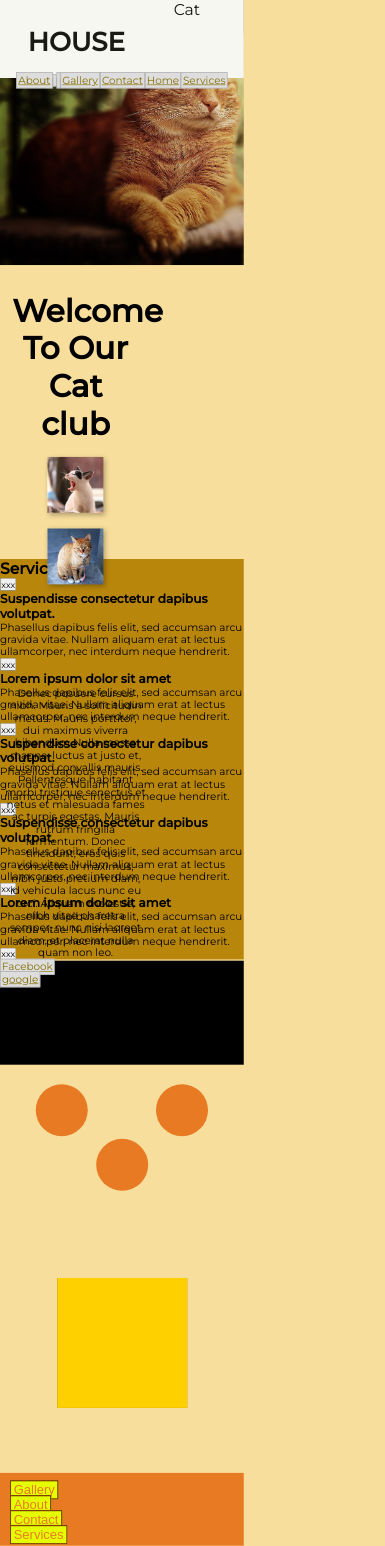
Repository: raul4264/final
Page: index.html
These files come from the project's save history. The page is drawn as it stood at one moment and after the next save; the edit follows.
The browser window is 375 px wide. The page is 592 px wide, so the pictures cover 592 px, including what lies to the right of the window. The pictures show the whole page, at 65% of full size.

Above is the page before, as saved 2021-03-25 12:51:11.

### index.html
<!DOCTYPE html>
<html lang="en">

<head>
    <meta charset="UTF-8" />
    <meta http-equiv="X-UA-Compatible" content="IE=edge" />
    <meta name="viewport" content="width=device-width, initial-scale=1.0" />
    <title>Cat House/Raul Novas</title>
    <link href="css/estilos.css" rel="stylesheet" type="text/css" />
</head>

<body>
    <div id="grilla">
        <header>
            <div class="banner">

                <nav id="nav">

                    <div class="item1">
                        <p>Cat</p>
                    </div>

                    <div class="item2">
                        <p>HOUSE</p>
                    </div>


                    <ul class="item3">
                        <li class=""><a href="about.html">About</li>
                        <li class=""><a href="Gallery.html">Gallery</a></li>
                        <li class=""><a href="Contact.html">Contact</a></li>
                        <li class=""><a href="index.html">Home</a></li>
                        <li class=""><a href="Services.html ">Services</a></li>
                    </ul>
                </nav>
            </div>

        </header>


        <main>
            <section class="welcome">

                <div class="cards">
                          <div id="container">
                    <h2>Welcome To Our Cat club</h2>
                    <div class="square square1"><img src="images/2.jpg" alt="Sample photo">  </div>
                    <div class="square square2"></div> <img src="images/3.jpg" alt="Sample photo">


                    <div class="square square3"> <div class="cards2 ">
                    <span>Donec posuere cursus nibh. Mauris a sollicitudin metus. Mauris porttitor, dui maximus viverra
                        bibendum</span>
                    <span>Nulla massa magna, luctus at justo et, euismod convallis mauris. Pellentesque habitant morbi tristique senectus et netus et malesuada fames ac turpis egestas. Mauris rutrum fringilla fermentum.
                </span>
                    <span>Donec tincidunt, eros quis consectetur maximus, nibh justo pretium diam, id vehicula lacus
                        nunc eu orci. Aliquam molestie, nibh vitae pharetra semper, nunc nisi laoreet diam, et placerat
                        nulla quam non leo.</span>
                </div> </div>

            </div>




                </div>
            </section>

            <section class="services">
                <h2>Services</h2>
                <div>
                    <button>xxx</button>
                    <h3>Suspendisse consectetur dapibus volutpat.</h3>
                    <p>
                        Phasellus dapibus felis elit, sed accumsan arcu gravida vitae. Nullam aliquam erat at lectus ullamcorper, nec interdum neque hendrerit.</p>
                </div>
                <div>
                    <button>xxx</button>
                    <h3>Lorem ipsum dolor sit amet</h3>
                    <p>Phasellus dapibus felis elit, sed accumsan arcu gravida vitae. Nullam aliquam erat at lectus ullamcorper, nec interdum neque hendrerit.</p>
                </div>
                <div>
                    <button>xxx</button>
                    <h3>Suspendisse consectetur dapibus volutpat.</h3>
                    <p>
                        Phasellus dapibus felis elit, sed accumsan arcu gravida vitae. Nullam aliquam erat at lectus ullamcorper, nec interdum neque hendrerit.</p>
                </div>
                <div>
                    <button>xxx</button>
                    <h3>Suspendisse consectetur dapibus volutpat.</h3>
                    <p>

                        Phasellus dapibus felis elit, sed accumsan arcu gravida vitae. Nullam aliquam erat at lectus ullamcorper, nec interdum neque hendrerit.
                    </p>
                </div>
                <div>
                    <button>xxx</button>
                    <h3>Lorem ipsum dolor sit amet
                    </h3>
                    <p>Phasellus dapibus felis elit, sed accumsan arcu gravida vitae. Nullam aliquam erat at lectus ullamcorper, nec interdum neque hendrerit.</p>
                </div>
                <div>
                    <button>xxx</button>
                    <h3>Suspendisse consectetur dapibus volutpat.</h3>
                    <p>Phasellus dapibus felis elit, sed accumsan arcu gravida vitae. Nullam aliquam erat at lectus ullamcorper, nec interdum neque hendrerit.</p>
                </div>
            </section>
        </main>



        <footer>
            <ol>
                <li>
                    <a href="http://www.facebook.com " target="blanck ">Facebook</a>
                </li>
                <li><a href="http://www.google.com " target="blanck ">google</a></li>
            </ol>
        </footer>
    </div>
    <div id="container">

        <div class="circle circle1"></div>
        <div class="circle circle2"></div>
        <div class="circle circle3"></div>

    </div>
    <div class="cubo">
        <div class="cara" id="superior"></div>
        <div class="cara" id="frente"></div>
        <div class="cara" id="derecha"></div>
        <div class="cara" id="izquierda"></div>
        <div class="cara" id="atras"></div>
        <div class="cara" id="inferior"></div>
    </div>
    <div class="sidebar">
        <p><a class="menuButton" href="Gallery.html">Gallery</a></p>
        <p><a class="menuButton" href="about.html">About</a></p>
        <p><a class="menuButton" href="Contact.html">Contact</a></p>
        <p><a class="menuButton" href="Services.html">Services</a></p>
        </div>
</body>

</html>

### css/estilos.css
@import url('https://fonts.googleapis.com/css2?family=Montserrat:wght@400;500&display=swap');
@import url('https://fonts.googleapis.com/css2?family=Montserrat:wght@400;500&family=Poppins:wght@300&display=swap');
* {
    font-family: 'Montserrat', sans-serif;
    margin: 0;
    padding: 0;
}


/*PRIMER MEDIA
/*--------------MEDIA @ QUERY...................*/

@media only screen and (max-width:600px) {
    body {
        background-color: rgb(248, 222, 156) !important;
        transition: all .8s ease;
    }
    #grilla {
        display: grid;
        grid-template-columns: 100%;
        grid-template-rows: auto auto auto;
    }
    header {
        grid-column-start: 1;
        grid-column-end: 2;
        grid-row-start: 1;
        grid-row-end: 2;
    }
    main {
        height: 125vh;
        display: grid;
        grid-column-start: 1;
        grid-column-end: 2;
        grid-row-start: 2;
        grid-row-end: 3;
    }
    footer {
        display: flex;
        height: 20vh;
        background-color: black;
        grid-column-start: 1;
        grid-column-end: 2;
        grid-row-start: 4;
        grid-row-end: 5;
        margin-top: 70px;
    }
    #nav {
        display: flex;
        flex-direction: column;
        background-color: rgb(247, 247, 241);
        justify-content: space-evenly;
        height: 15vh;
        justify-items: center;
        align-items: center;
    }
    .banner {
        background: url(../images/1.jpg) no-repeat 0px 0px;
        background-size: cover;
        padding: 0em 0 4em;
        height: 43vh;
    }
    .item1 {
        color: rgb(22, 22, 18);
        font-size: 1.5em;
        font-weight: bol;
        padding: 0 10px;
        margin-left: 200px;
    }
    .item2 {
        color: rgb(26, 26, 20);
        font-family: monserrat;
        font-size: 2.5em;
        font-weight: bolder;
        padding: 10px 400px;
        margin-left: -140px;
    }
    .item3 {
        display: flex;
        list-style: none;
        padding: 2vh;
    }
    /*.item3 li a {
       text-decoration: none;
        padding: 1vw;
       }*/
       a {
        background: #DDD;
        color: rgb(134, 111, 6);
        padding: 2px;
        border: 1px solid #AAA;
        }
    a:hover {
        background: #FFF;
        color: #666;
        padding: 8px 14px;
        border: 1px solid #888;
        transition-property: all;
        transition-duration: 0.2s;
        transition-timing-function: ease-in;
        }
    .li {
        padding: 10px;
    }
    .welcome {
        background-color: rgb(248, 222, 156);
        height: 49vh;
        display: grid;
        grid-template-columns: 60% 40%;
        grid-template-rows: 100%;
        flex-direction: column;
        margin-bottom: 50px;
        padding-bottom: 10px;
    }
    .welcome h2 {
        font-size: 3em;
        margin: 3vw;
        /* background-color: rgb(197, 197, 214); */
    }
    .cards {
        margin-left: 2vw;
        grid-column-start: 1;
        grid-column-end: 2;
        grid-row-start: 1;
        grid-row-end: 2;
    }
    .cards2 {
        margin-top: 18vh;
        padding-left: -29vw;
        grid-column-start: 2;
        grid-column-end: 3;
        grid-row-start: 1;
        grid-row-end: 2;
    }
    .cards img {
        margin: 10px;
        /* border: 3px solid #000; */
        box-shadow: 3px 3px 8px 0px rgba(0, 0, 0, 0.3);
        max-width: 23vw;
    }
    .services {
        height: 77vh;
        background-color: darkgoldenrod;
        display: grid;
        grid-template-columns: ;
        grid-template-rows: ;
        margin-bottom: 10px;
    }
    /*............................*/
    .sidebar{
        background-color: #e87a24;
        padding: 10px;

    }
    .sidebar a{
        background-color: rgb(229, 255, 0);
        color: #e87a24;

    }
    .menuButton {
        position: relative;
        transition-property: background-color, color;
        transition-duration: 1s;
        transition-timing-function: ease-out;
        -webkit-transition-property: background-color, color;
        -webkit-transition-duration: 1s;
        -o-transition-property: background-color, color;
        -o-transition-duration: 1s;>
        text-align: left;
        background-color:  #3D9EEF;
        left: 5px;
        top: 5px;
        height: 26px;
        color: white;
        border-color: #9b4e00;
        font-family: sans-serif;
        font-size: 20px;
        text-decoration: none;
        -moz-box-shadow: 2px 2px 1px black;
        padding: 2px 4px;
        border: solid 2px  #804000;
        }

        .menuButton:hover {
          position: relative;
          transition-propery: background-color, color;
          transition-duration: 1s;
          transition-timing-function: ease-out;
          -webkit-transition-property: background-color, color;
          -webkit-transition-duration: 1s;
          -o-transition-property: background-color, color;
          -o-transition-duration: 1s;
          background-color:white;
          color:black; -moz-box-shadow: 2px 2px 1px black; }
   /*....................................*/
#container{
	height: 100%;
	padding: 30px 0;
	position: relative;
	text-align: center;
	width: 100%;
}

.circle{
	background: #e87a24;
	border-radius: 50%;
	-webkit-border-radius: 50%;
	-moz-border-radius: 50%;
	display: inline-block;
	height: 80px;
	margin: 0 50px;
	width: 80px;
}

/* ESTILO HOVER */
#container:hover .circle1{
	transform: translateY(20px);
	-moz-transform: translateY(20px);
	-webkit-transform: translateY(20px);
}

#container:hover .circle2{
	transform: translateY(60px);
	-moz-transform: translateY(60px);
	-webkit-transform: translateY(60px);
}

#container:hover .circle3{
	transform: translateY(100px);
	-moz-transform: translateY(100px);
	-webkit-transform: translateY(100px);
}
/*.............................................*/
.cubo, .cubo .cara {
    width: 200px;
    height: 200px;

}
.cubo .cara {
    position: absolute;
}
.cubo {
    margin: 100px auto;
}
.cubo .cara#superior {
    background-color: orange;
}
.cubo .cara#frente {
    background-color: rgb(255, 174, 0);
}
.cubo .cara#atras {
    background-color: rgb(105, 128, 0);
}
.cubo .cara#derecha {
    background-color: rgb(123, 255, 0);
}
.cubo .cara#izquierda {
    background-color: yellow;
}
.cubo .cara#inferior {
    background-color: rgb(255, 196, 0);
}
.cubo {
    transform-style: preserve-3d;
}
.cubo {
    transform-style: preserve-3d;
    transform: perspective(700px) rotateX(-30deg) rotateY(-30deg);
}
.cubo .cara#derecha {
    transform: rotateY(90deg);
}
.cubo .cara#derecha {
    transform: rotateY(90deg) translateZ(100px);;
}
.cubo .cara#superior {
    background-color: orange;
    transform: rotateX(90deg) translateZ(100px);
}
.cubo .cara#frente {
    background-color: rgb(255, 208, 0);
    transform: translateZ(100px);
}
.cubo .cara#atras {
    background-color: rgb(128, 105, 0);
    transform: translateZ(-100px);
}
.cubo .cara#derecha {
    background-color: rgb(102, 88, 6);
    transform: rotateY(90deg) translateZ(100px);
}
.cubo .cara#izquierda {
    background-color: rgb(255, 208, 0);
    transform: rotateY(-90deg) translateZ(100px);
}
.cubo .cara#inferior {
    background-color: rgb(255, 166, 0);
    transform: rotateX(-90deg) translateZ(100px);
}
.cubo {
    animation: rotate 2s infinite linear;
  }
  @keyframes rotate {
      0% { transform: rotateX(   0deg ) rotateY(   0deg ); }
    100% { transform: rotateX( 360deg ) rotateY( 360deg ); }
  }

}


/*..............................................*/


/*--------------MEDIA @ QUERY...................*/

@media screen and (min-width:601px) and (max-width:1000px) {
    body {
        background-color: rgb(248, 205, 95) !important;
        transition: all .8s ease;
    }
    body {
        background-color: darkgoldenrod;
    }
    #grilla {
        display: grid;
        grid-template-columns: 100%;
        grid-template-rows: auto auto auto;
    }
    header {
        grid-column-start: 1;
        grid-column-end: 2;
        grid-row-start: 1;
        grid-row-end: 2;
    }
    main {
        height: 125vh;
        display: grid;
        grid-column-start: 1;
        grid-column-end: 2;
        grid-row-start: 2;
        grid-row-end: 3;
    }
    footer {
        display: flex;
        height: 20vh;
        background-color: black;
        grid-column-start: 1;
        grid-column-end: 2;
        grid-row-start: 4;
        grid-row-end: 5;
        margin-top: 70px;
    }
    #nav {
        display: flex;
        flex-direction: column;
        background-color: rgb(247, 247, 241);
        justify-content: space-evenly;
        height: 15vh;
        justify-items: center;
        align-items: center;
    }
    .banner {
        background: url(../images/1.jpg) no-repeat 0px 0px;
        background-size: cover;
        padding: 0em 0 4em;
        height: 43vh;
    }
    .item1 {
        color: rgb(22, 22, 18);
        font-size: 1.5em;
        font-weight: bol;
        padding: 0 10px;
        margin-left: 200px;
    }
    .item2 {
        color: rgb(26, 26, 20);
        font-family: monserrat;
        font-size: 2.5em;
        font-weight: bolder;
        padding: 10px 400px;
        margin-left: -140px;
    }
    .item3 {
        display: flex;
        list-style: none;
        padding: 2vh;
    }
    .item3 li a {
        text-decoration: none;
        padding: 1vw;
    }
    .li {
        padding: 10px;
    }
    .welcome {
        background-color: rgb(248, 205, 95);
        height: 49vh;
        display: grid;
        grid-template-columns: 60% 40%;
        grid-template-rows: 100%;
        flex-direction: column;
        margin-bottom: 50px;
        padding-bottom: 10px;
    }
    .welcome h2 {
        font-size: 3em;
        margin: 3vw;
        /* background-color: rgb(197, 197, 214); */
    }
    .cards {
        margin-left: 2vw;
        grid-column-start: 1;
        grid-column-end: 2;
        grid-row-start: 1;
        grid-row-end: 2;
    }
    .cards2 {
        margin-top: 18vh;
        padding-left: -29vw;
        grid-column-start: 2;
        grid-column-end: 3;
        grid-row-start: 1;
        grid-row-end: 2;
    }
    .cards img {
        margin: 10px;
        /* border: 3px solid #000; */
        box-shadow: 3px 3px 8px 0px rgba(0, 0, 0, 0.3);
        max-width: 23vw;
    }
    .services {
        height: 77vh;
        background-color: darkgoldenrod;
        display: grid;
        grid-template-columns: ;
        grid-template-rows: ;
        margin-bottom: 10px;
    }
}


/*..............................................*/


/*--------------MEDIA @ QUERY...................*/

@media screen and (min-width:1001px) {
    body {
        background-color: rgb(68, 50, 2) !important;
        transition: all .8s ease;
    }
    #grilla {
        display: grid;
        grid-template-columns: 100%;
        grid-template-rows: 33% 33% 33%;
    }
    header {
        grid-column-start: 1;
        grid-column-end: 2;
        grid-row-start: 1;
        grid-row-end: 2;
    }
    main {
        height: 150vh;
        display: grid;
        grid-column-start: 1;
        grid-column-end: 2;
        grid-row-start: 2;
        grid-row-end: 3;
    }
    footer {
        display: flex;
        height: 20vh;
        background-color: black;
        grid-column-start: 1;
        grid-column-end: 2;
        grid-row-start: 4;
        grid-row-end: 5;
    }
    #nav {
        display: flex;
        background-color: rgb(247, 247, 241);
        justify-content: space-around;
        height: 15vh;
    }
    .banner {
        background: url(../images/1.jpg) no-repeat 0px 0px;
        background-size: cover;
        padding: 0em 0 4em;
        height: 73vh;
    }
    .item1 {
        color: rgb(22, 22, 18);
        font-size: 3.5em;
        font-weight: bol;
        padding: 10px;
        margin-left: 20px;
    }
    .item2 {
        color: rgb(26, 26, 20);
        font-family: monserrat;
        font-size: 4.5em;
        font-weight: bolder;
        padding: 10px;
        margin-left: -10px;
    }
    .item3 {
        display: flex;
        list-style: none;
        padding: 2vh;
    }
    .item3 li a {
        text-decoration: none;
        padding: 1vw;
    }
    .li {
        padding: 10px;
    }
    .welcome {
        background-color: darkgoldenrod;
        height: 85vh;
        display: grid;
        grid-template-columns: 60% 40%;
        grid-template-rows: 100%;
        flex-direction: column;
    }
    .welcome h2 {
        font-size: 3.7em;
        margin: 3vw;
        /* background-color: rgb(197, 197, 214); */
    }
    .cards {
        margin-left: 2vw;
        grid-column-start: 1;
        grid-column-end: 2;
        grid-row-start: 1;
        grid-row-end: 2;
    }
    .cards2 {
        margin-top: 21vh;
        padding-left: -29vw;
        grid-column-start: 2;
        grid-column-end: 3;
        grid-row-start: 1;
        grid-row-end: 2;
        max-width: 80%;
    }
    .cards img {
        margin: 10px;
        /* border: 3px solid #000; */
        box-shadow: 3px 3px 8px 0px rgba(0, 0, 0, 0.3);
        max-width: 23vw;
    }
    .services {
        height: 101vh;
        background-color: rgb(82, 60, 4);
        display: grid;
        grid-template-columns: ;
        grid-template-rows: ;
    }
}

After the next save:
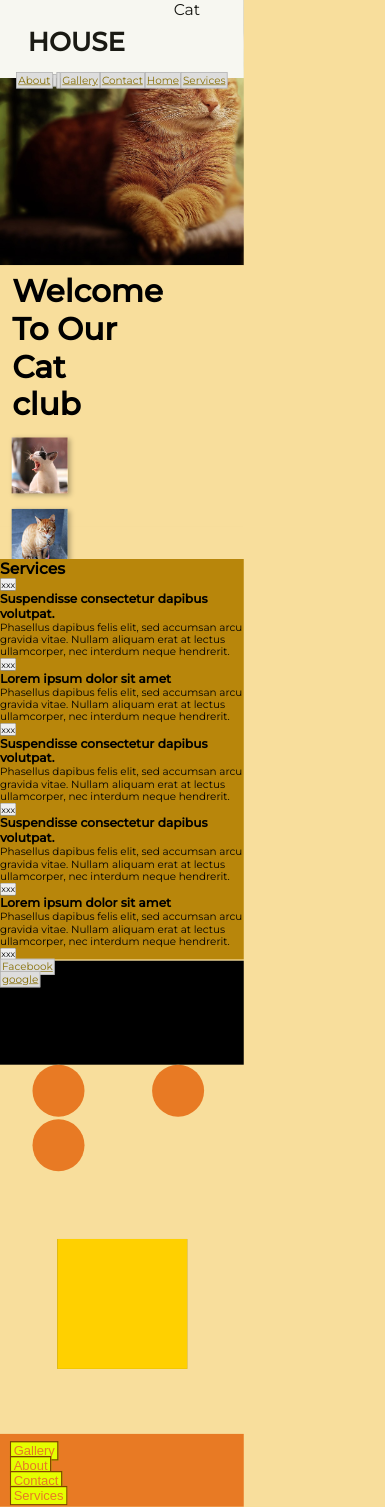
Saved 5 min 40 s later.
--- a/css/estilos.css
+++ b/css/estilos.css
@@ -192,7 +192,7 @@
           background-color:white;
           color:black; -moz-box-shadow: 2px 2px 1px black; }
    /*....................................*/
-#container{
+#container2{
 	height: 100%;
 	padding: 30px 0;
 	position: relative;
@@ -212,19 +212,19 @@
 }
 
 /* ESTILO HOVER */
-#container:hover .circle1{
+#container2:hover .circle1{
 	transform: translateY(20px);
 	-moz-transform: translateY(20px);
 	-webkit-transform: translateY(20px);
 }
 
-#container:hover .circle2{
+#container2:hover .circle2{
 	transform: translateY(60px);
 	-moz-transform: translateY(60px);
 	-webkit-transform: translateY(60px);
 }
 
-#container:hover .circle3{
+#container2:hover .circle3{
 	transform: translateY(100px);
 	-moz-transform: translateY(100px);
 	-webkit-transform: translateY(100px);
